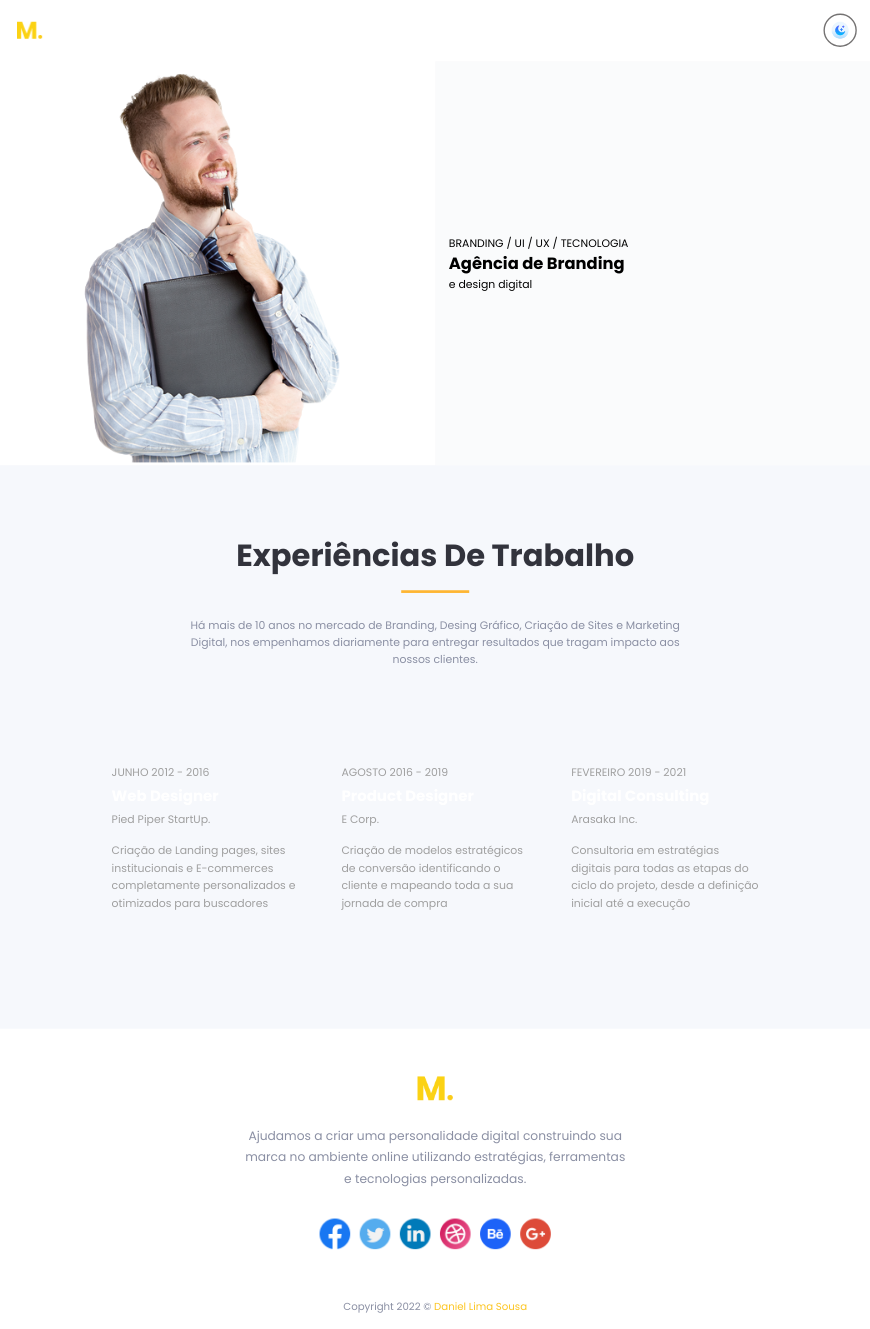
Repository: Daniells642/agencia-digital
Page: /
The author's editor kept a copy of each file at every save. The page is drawn from the files as they stood at one save, then again after the next save.
The browser window is 1280 px wide. The pictures show the whole page, at 68% of full size.
The project was rebuilt for these pictures with package versions that can differ from the ones it lists, and the page was loaded fresh each time.

Above is the page before, as saved 2022-12-02 21:21:04.

### public/index.html
<!DOCTYPE html>
<html lang="pt-br">
  <head>
    <meta charset="utf-8" />
    <link rel="icon" href="assets/logo.png" />
    <meta name="viewport" content="width=device-width, initial-scale=1" />
    <meta name="theme-color" content="#000000" />
    <meta name="description"content="Web site created using create-react-app"/>
    <link rel="apple-touch-icon" href="%PUBLIC_URL%/logo192.png" />
    <link rel="manifest" href="%PUBLIC_URL%/manifest.json" />
    <link rel="preconnect" href="https://fonts.googleapis.com">
    <link rel="preconnect" href="https://fonts.gstatic.com" crossorigin>
    <link href="https://fonts.googleapis.com/css2?family=Poppins:wght@400;500;600;700;800;900&display=swap" rel="stylesheet">
    <title>Agência Digital</title>

  </head>
  <body>
    <noscript>You need to enable JavaScript to run this app.</noscript>
    <div id="root"></div>
    <!--
      This HTML file is a template.
      If you open it directly in the browser, you will see an empty page.

      You can add webfonts, meta tags, or analytics to this file.
      The build step will place the bundled scripts into the <body> tag.

      To begin the development, run `npm start` or `yarn start`.
      To create a production bundle, use `npm run build` or `yarn build`.
    -->
  </body>
</html>

### src/App.js
import Rodape from "./componentes/Rodape";
import SecaoExperienciaTrabalho from "./componentes/SecaoExperienciaTrabalho";
import Topo from "./componentes/Topo";
import SecaoBanner from "./componentes/SecaoBanner";
import "./App.css";
import React, { useState } from 'react';



function App() {

  const [ehTemaEscuro, setTemaEscuro] = useState(false)

  const alterarTema = () => {
    setTemaEscuro(!ehTemaEscuro)
  }

  return (
    <main>
      <Topo alterarTema={alterarTema} ehTemaEscuro={ehTemaEscuro} />
      <SecaoBanner alterarTema={alterarTema} ehTemaEscuro={ehTemaEscuro} />
      <SecaoExperienciaTrabalho alterarTema={alterarTema} ehTemaEscuro={ehTemaEscuro} />
      <Rodape alterarTema={alterarTema} ehTemaEscuro={ehTemaEscuro} />
    </main>
  );
}

export default App;

### src/componentes/Rodape/index.jsx
import './style.css';
import Logo from '../../assets/logo.png';
import iconeFacebook from '../../assets/facebook.png';
import iconeTwitter from '../../assets/twitter.png';
import iconeLinkedin from '../../assets/linkedin.png';
import iconeDribble from '../../assets/dribble.png';
import iconeBehance from '../../assets/behance.png';
import iconeGooglePlus from '../../assets/google-plus.png';

export default function Rodape(props) {
  return(
    <footer className={props.ehTemaEscuro ? 'rodape-modo-escuro' : 'rodape-modo-claro'}>
      <img src={Logo} alt="logomarca"/>
      <p className="paragrafo">
        Ajudamos a criar uma personalidade digital construindo sua marca no ambiente online utilizando estratégias,
        ferramentas e tecnologias personalizadas.
      </p>
      <div className="iconesRodape">
        <img src={iconeFacebook} alt="facebook"/>
        <img src={iconeTwitter} alt="twitter"/>
        <img src={iconeLinkedin} alt="linkedin"/>
        <img src={iconeDribble} alt="dribble"/>
        <img src={iconeBehance} alt="behance"/>
        <img src={iconeGooglePlus} alt="google plus"/>
      </div>
      <div className={props.ehTemaEscuro ? 'borda-rodape-escuro' : ''}>
        <p className="copyright">Copyright 2022 &copy; <span>Daniel Lima Sousa</span></p>
      </div>
    </footer>
  )
}

### src/componentes/SecaoExperienciaTrabalho/index.jsx
import Card from '../Card';
import './style.css';

export default function SecaoExperienciaTrabalho(props) {
    return (
      <section id='secao-experiencia' className={props.ehTemaEscuro ? 'secao-modo-escuro' : 'secao-modo-claro'}>

            <div id='container-texto' className={props.ehTemaEscuro ? 'texto-modo-escuro' : 'texto-modo-claro'}>
                <h1>Experiências De Trabalho</h1>
                <p> Há mais de 10 anos no mercado de Branding, Desing Gráfico, Criação de
                Sites e Marketing Digital, nos empenhamos diariamente para entregar
                resultados que tragam impacto aos nossos clientes.
                </p>
            </div>

            <div className="container-cards limitar-secao">
              <Card
                data="JUNHO 2012 - 2016"
                titulo="Web Designer"
                empresa="Pied Piper StartUp."
                paragrafo="Criação de Landing pages, sites institucionais e E-commerces completamente personalizados e otimizados para buscadores"
              />
              <Card
                data="AGOSTO 2016 - 2019"
                titulo="Product Designer"
                empresa="E Corp."
                paragrafo="Criação de modelos estratégicos de conversão identificando o cliente e mapeando toda a sua jornada de compra"
              />
              <Card
                data="FEVEREIRO 2019 - 2021"
                titulo="Digital Consulting"
                empresa="Arasaka Inc."
                paragrafo="Consultoria em estratégias digitais para todas as etapas do ciclo do projeto, desde a definição inicial até a execução"
              />
        </div>



      </section>
    );
  }

### src/componentes/Topo/index.jsx
import './style.css';
import Logo from '../../assets/logo.png';
import iconeSol from '../../assets/sun.png';
import iconeLua from '../../assets/moon.png';

export default function Topo(props) {
    return (
      <header className={props.ehTemaEscuro ? "topo-modo-escuro" : "topo-modo-claro"}>
            <img className="logo" src={Logo} alt="Logotipo"/>
            <button onClick={props.alterarTema} className={props.ehTemaEscuro ? 'botao-modo-escuro' : 'botao-modo-claro'}>
                <img className="btn-icone" src={props.ehTemaEscuro ? iconeSol : iconeLua} alt="ícone para alterar o tema"/>
            </button>
      </header>
    );
  }

### src/componentes/SecaoBanner/index.jsx
import './style.css';

export default function SecaoBanner(props) {
    return (
            <section id='secaoBanner'>

              <div id='imagemFundo' className={props.ehTemaEscuro ? 'fundo-modo-escuro' : 'fundo-modo-claro'}> </div>

              <div className="texto-secao-banner">
                  <p>BRANDING / UI / UX / TECNOLOGIA</p>
                  <h1>Agência de Branding</h1>
                  <span>e design digital</span>
              </div>

            </section>
    );
  }

### src/App.css
*{
  margin: 0;
  padding: 0;
  box-sizing: border-box;
  font-family: 'Poppins', sans-serif;
}

### src/componentes/Rodape/style.css
footer {
    display: flex;
    flex-direction: column;
    align-items: center;
    justify-content: center;
    padding-top: 70px;
  }
  .paragrafo {
    padding: 0px 20px;
    font-size: 18px;
    font-weight: 300;
    color: #8a8fa3;
    max-width: 600px;
    line-height: 32px;
    text-align: center;
    margin: 36px auto 42px;
  }
  .iconesRodape {
    display: flex;
    justify-content: space-around;
    width: 100%;
    max-width: 375px;
    padding: 0px 10px;
    margin-bottom: 50px;
  }
  .iconesRodape img {
    width: 45px;
    cursor: pointer;
  }
  .copyright {
    width: 100%;
    font-size: 15px;
    font-weight: 300;
    line-height: 28px;
    color: #8a8fa3;
    padding: 20px 0px;
    text-align: center;
  }

  .copyright span {
    color: #fcc520;
  }
  /*modo claro*/
  .rodape-modo-claro {
    background-color: #fff;
  }
  /*modo escuro*/
  .rodape-modo-escuro {
    background-color: #252525;
  }
  .borda-rodape-escuro {
    border-top: 1px solid #ffffff0d;
    width: 100%;
  }

### src/componentes/Card/index.jsx
import './style.css';

export default function Card(props) {
    return (
      <div id="card" className={props.ehTemaEscuro ? 'card-modo-claro' : 'card-modo-escuro'}>
        <p className="primeiroParagrafo">{props.data}</p>
        <h4>{props.titulo}</h4>
        <p className="segundoParagrafo">{props.empresa}</p>
        <p>{props.paragrafo}</p>
    </div>
   );
  }

### src/componentes/SecaoExperienciaTrabalho/style.css
#secao-experiencia {
    display: flex;
    flex-direction: column;
    align-items: center;
    justify-content: center;
    padding: 100px 20px;
}



#container-texto {
    display: flex;
    flex-direction: column;
    text-align: center;
    align-items: center;
}

#container-texto h1 {
    position: relative;
    font-size: 45px;
    font-weight: 700;
    padding-bottom: 20px;
    margin-bottom: 35px;
}

#container-texto h1::before {
    position: absolute;
    content: "";
    bottom: 0;
    left: 0;
    right: 0;
    margin: 0 auto;
    width: 100px;
    height: 4px;
    background-color: #feb633;
}

#container-texto p {
    font-size: 16px;
    font-weight: 400;
    max-width: 770px;
    margin-bottom: 70px;
}
.container-cards {
    display: flex;
    justify-content: center;

}
.limitar-secao {
    width: 100%;
    max-width: 1024px;
    margin: 0 auto;
  }
@media screen and (max-width: 768px) {
    .container-cards {
      flex-direction: column;
    }
  }

/*modo claro*/
.secao-modo-claro {
	background-color: #f6f8fc;
}
.texto-modo-claro h1{
	color: #32333c;
}
.texto-modo-claro p {
	color: #8a8fa3;
}

/*modo escuro*/
.secao-modo-escuro {
	background-color: #393838;
}
.texto-modo-escuro h1{
    color: #fff;
}
.texto-modo-escuro p{
    color: #fff;
}

### src/componentes/Topo/style.css
header {
    width: 100%;
    padding: 20px;
    display: flex;
    align-items: center;
    justify-content: space-between;
    position: fixed;
    z-index: 1;
  }
.logo{
    max-height: 35px;
    padding: 5px;
}

button {
    display: flex;
    align-items: center;
    padding: 10px 10px;
    cursor: pointer;
  }
.btn-icone {
    width: 25px;
    height: 25px;
}

/*Modo claro*/
.topo-modo-claro {
    background-color: #fff;
}
.botao-modo-claro {
    display: flex;
    align-items: center;
    border: 2px solid #747272;
    border-radius: 25px;
    padding: 10px;
    cursor: pointer;
    background-color: #fff;
}

/*Modo escuro*/
.topo-modo-escuro {
    background-color: #252525;
    border-bottom: 1px solid #ffffff0d;
}
.botao-modo-escuro {
    background-color: #252525;
    border-radius: 25px;
    border: 2px solid #fff;
}

### src/componentes/SecaoBanner/style.css
#secaoBanner {
    height: 95vh;
    padding-top: 90px;
    display: flex;
    position: relative;
}

#imagemFundo {
    width: 50%;
    background-image: url('../../assets/banner.png');
    background-position: center;
    background-repeat: no-repeat;
    background-size: contain;
    object-fit: cover;
}

.texto-secao-banner {
    width: 50%;
    padding: 0px 20px;
    display: flex;
    flex-direction: column;
    justify-content: center;
    background-color: #fafbfc;
}

.secao-banner p {
    color: #022144;
    font-size: small;
}

.secao-banner h1 {
    color: #022144;
    font-weight: 200;
}

.secao-banner span {
    color: #022144;
    font-weight: 900;
}

@media screen and (max-width: 768px) {
    #imagemFundo {
      width: 0;
    }

    .texto-secao-banner{
      width: 100%;
    }
}

/*modo claro*/
.fundo-modo-claro{
    background-color: #fff;
}
/*modo escuro*/
.fundo-modo-escuro {
    background-color: #252525;
}

### src/componentes/Card/style.css
#card {
    width: 33%;
    padding: 70px 30px;
    display: flex;
    flex-direction: column;
    cursor: pointer;
  }

  #card:hover{
    background-color: #feb633;
    transition: all 1s;
  }

  #card h4 {
    font-size: 22px;
    margin-bottom: 5px;
  }

  #card p {
    font-size: 16px;
    font-weight: 400;
    line-height: 26px;
  }

  .card-modo-claro {
    border: 1px solid #edecec;
  }

  .card-modo-claro h4 {
    color: #32333a;
  }

  .card-modo-claro p {
    color: #8a8fa3;
  }

  .primeiroParagrafo {
    margin-bottom: 5px;
  }

  .segundoParagrafo {
    margin-bottom: 20px;
  }

  @media screen and (max-width: 768px) {
    #card {
      width: auto;
    }
  }

/*modo escuro*/
  .card-modo-escuro {
    border: 1px solid #ffffff0d;
  }

  .card-modo-escuro h4{
    color: #ffffff;
  }

  .card-modo-escuro p {
    color: #9F9F9F;
  }

Loaded but not shown: src/index.js (common file)

After the next save:
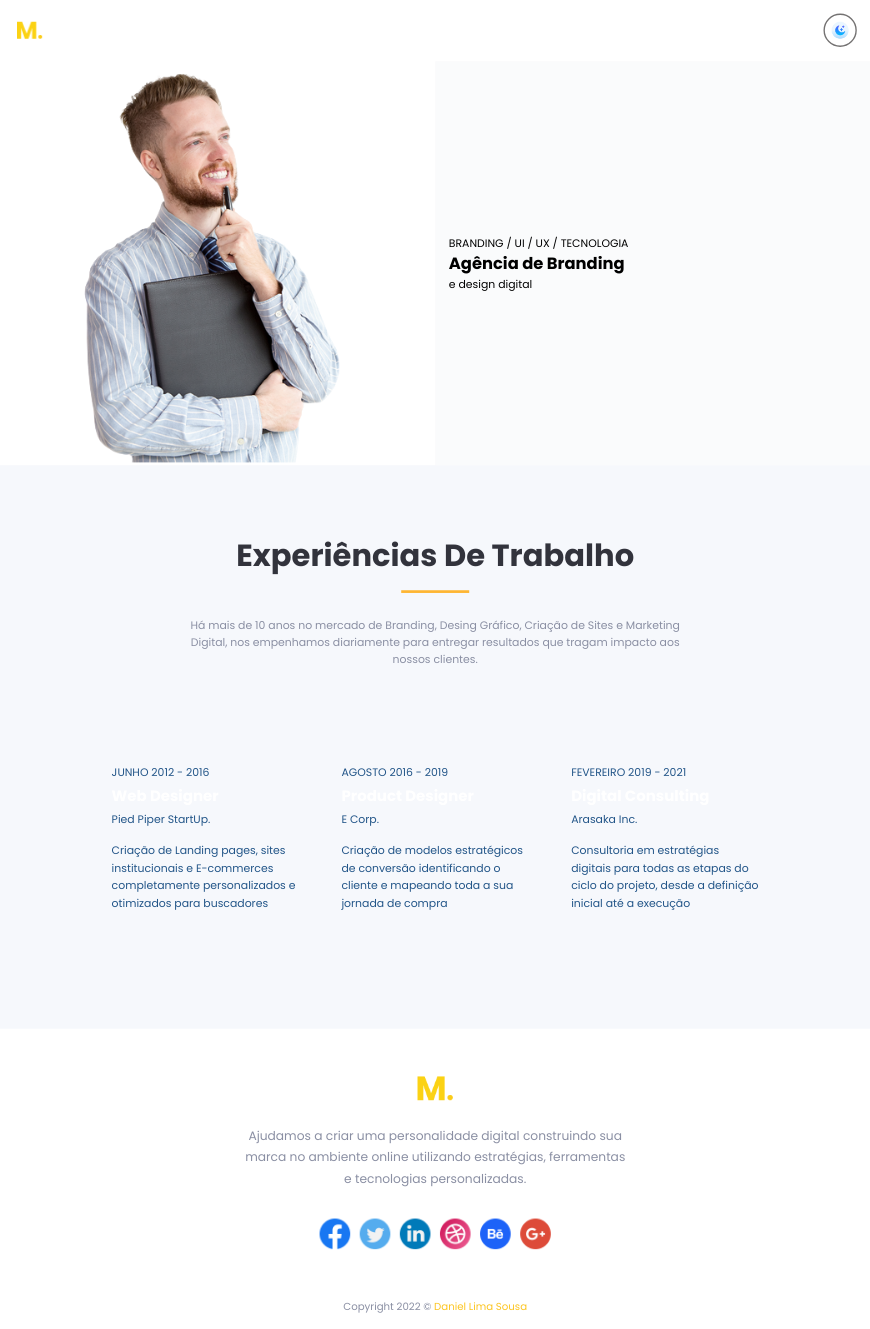
Saved 20 s later.
--- a/src/componentes/Card/style.css
+++ b/src/componentes/Card/style.css
@@ -58,5 +58,5 @@
   }
 
   .card-modo-escuro p {
-    color: #9F9F9F;
+    color: #258;
   }

After the save that followed:
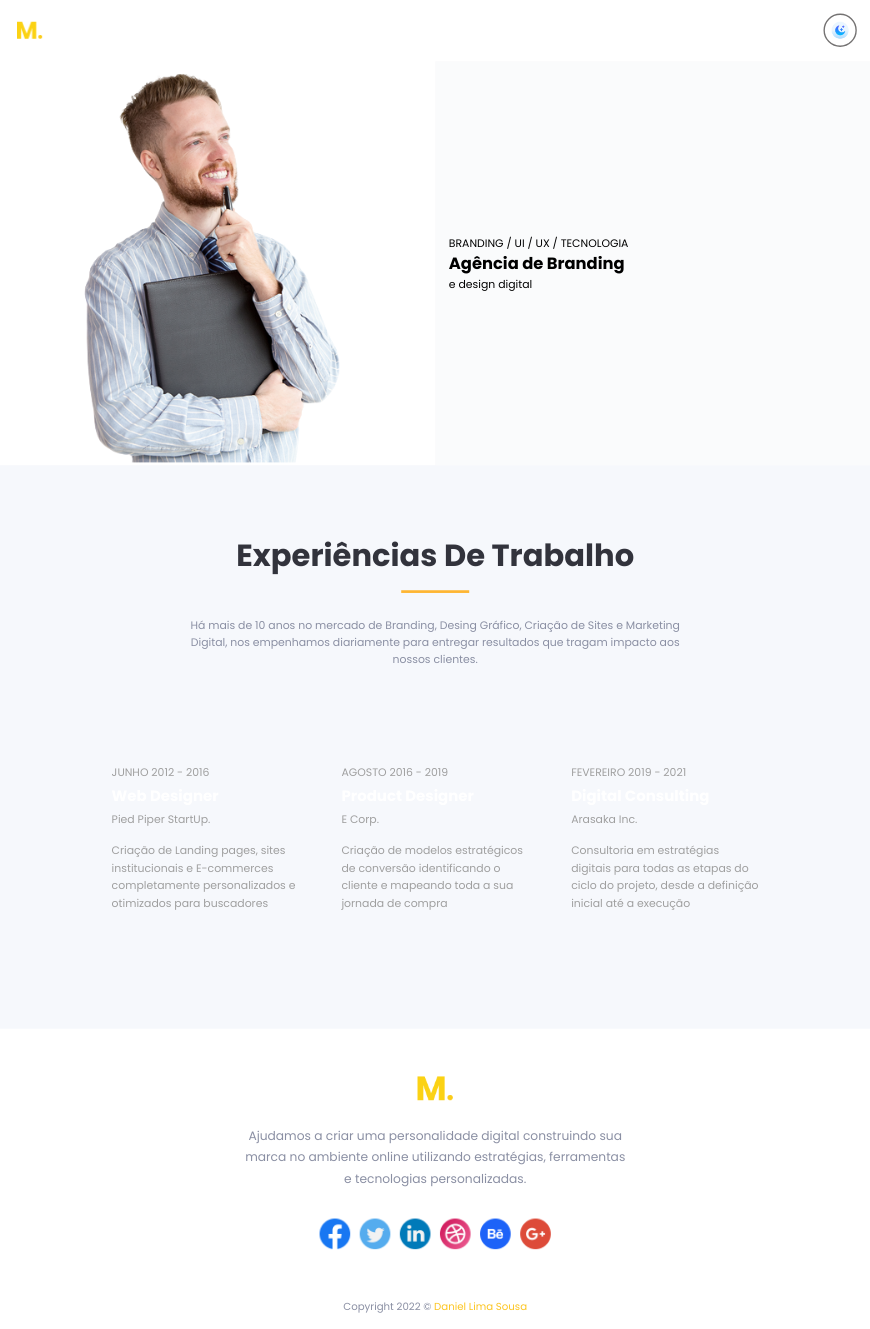
Saved 79 s later.
--- a/src/componentes/Card/style.css
+++ b/src/componentes/Card/style.css
@@ -58,5 +58,5 @@
   }
 
   .card-modo-escuro p {
-    color: #258;
+    color: #9F9F9F;
   }
